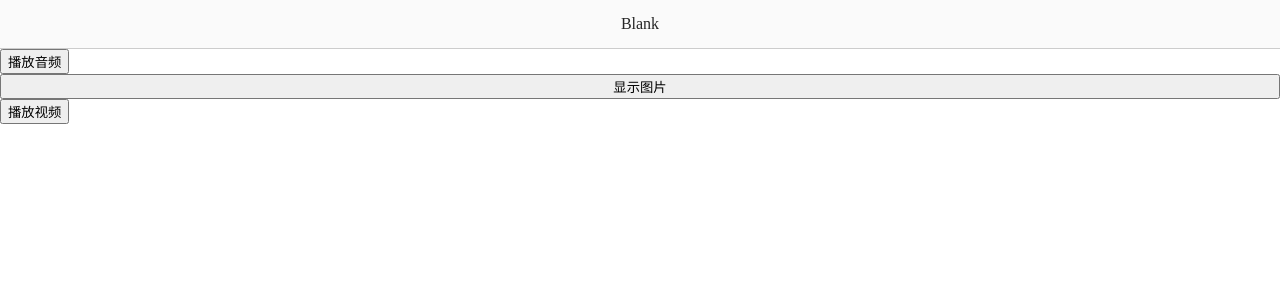
Repository: andycj7/-
Page: web/test3/index.html
The author's editor kept a copy of each file at every save. The page is drawn from the files as they stood at one save, then again after the next save.
The browser window is 1280 px wide. The pictures show the whole page.

Above is the page before, as saved 2020-07-15 05:18:39.

### web/test3/index.html
<html>

<head>
<meta charset="utf-8">
<meta name="viewport"
	content="initial-scale=1, maximum-scale=1, user-scalable=no, width=device-width">
<title>Blank</title>
<link rel="stylesheet" href="css/base.css">
</head>

<body>
	<div class="title">Blank</div>
	<div class="line"></div>
	<div>
	<audio>
		<source src="./res/audio/1.mp3" type = "audio/mp3">
	</audio>
	<button>播放音频</button>
	</div>
	<div id = "pictureDisplay" class="picture-display">
	<img id = img></img>
	<button onclick="displayPicture()">显示图片</button>
	</div>
	<div>
	<button>播放视频</button>
	</div>
</body>
<script>

	function displayPicture(){

		var img = document.getElementById("img");
		img.src = "./res/img/appicon.png"
	}

</script>
</html>

### web/test3/css/base.css
@charset "UTF-8";

body {
	margin: 0;
}

.title {
	height: 48px;
	font-size: 16px;
	line-height: 48px;
	text-align: center;
	color: rgba(0, 0, 0, .85);
	background-color: #fafafa;
}

.line {
	width: 100%;
	height: 1px;
	background-color: rgb(204, 204, 204);
}

.picture-display {
	display: flex;
	flex-direction: column;
	justify-content: center;
	flex-grow: 0;
}

After the next save:
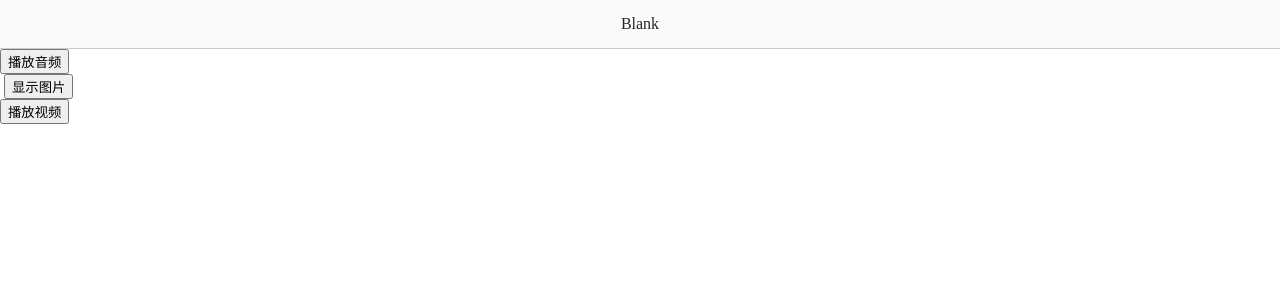
Saved 2 min 13 s later.
--- a/web/test3/css/base.css
+++ b/web/test3/css/base.css
@@ -19,7 +19,7 @@ body {
 	background-color: rgb(204, 204, 204);
 }
 
-.picture-display {
+.display {
 	display: flex;
 	flex-direction: column;
 	justify-content: center;

After the save that followed:
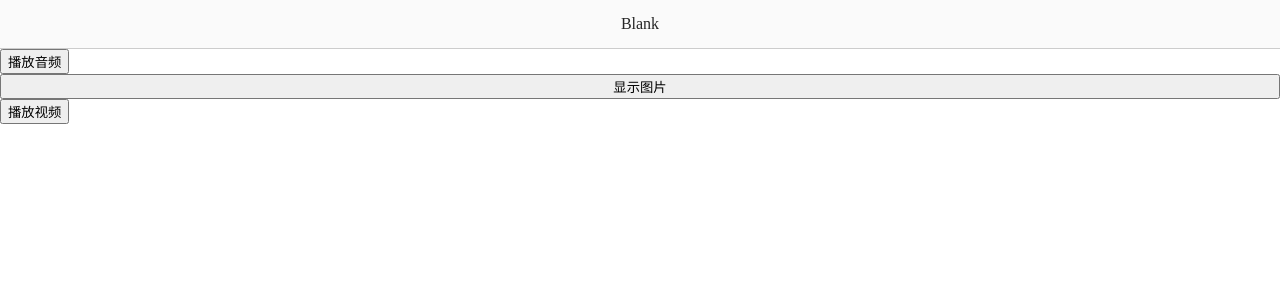
Saved 12 s later.
--- a/web/test3/index.html
+++ b/web/test3/index.html
@@ -12,17 +12,17 @@
 	<div class="title">Blank</div>
 	<div class="line"></div>
 	<div>
-	<audio>
-		<source src="./res/audio/1.mp3" type = "audio/mp3">
-	</audio>
-	<button>播放音频</button>
+		<audio>
+			<source src="./res/audio/1.mp3" type = "audio/mp3">
+		</audio>
+		<button>播放音频</button>
 	</div>
-	<div id = "pictureDisplay" class="picture-display">
-	<img id = img></img>
-	<button onclick="displayPicture()">显示图片</button>
+	<div id = "pictureDisplay" class="display">
+		<img id = img></img>
+		<button onclick="displayPicture()">显示图片</button>
 	</div>
 	<div>
-	<button>播放视频</button>
+		<button>播放视频</button>
 	</div>
 </body>
 <script>
